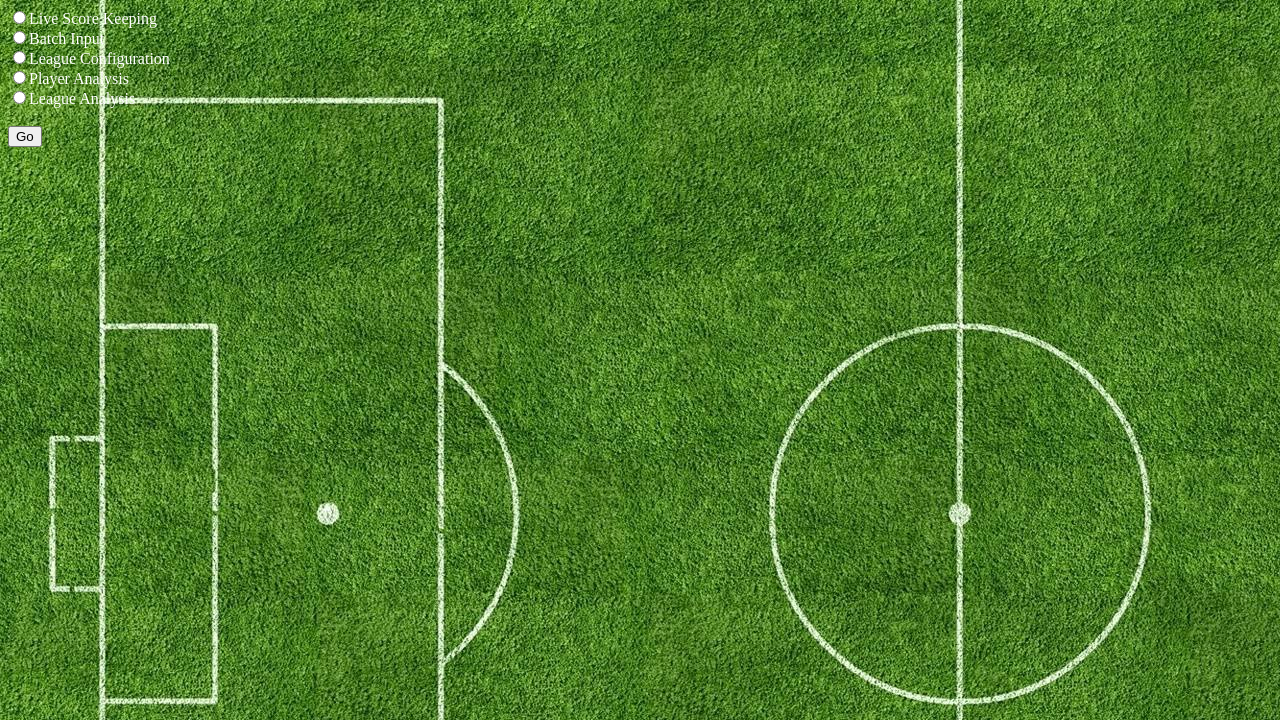
Repository: FredGlozman/SwiftScore
Page: SwiftScore/Website.html
The author's editor kept a copy of each file at every save. The page is drawn from the files as they stood at one save, then again after the next save.
The browser window is 1280 px wide. The pictures show the whole page.

Above is the page before, as saved 2015-12-02 00:30:38.

After the next save:
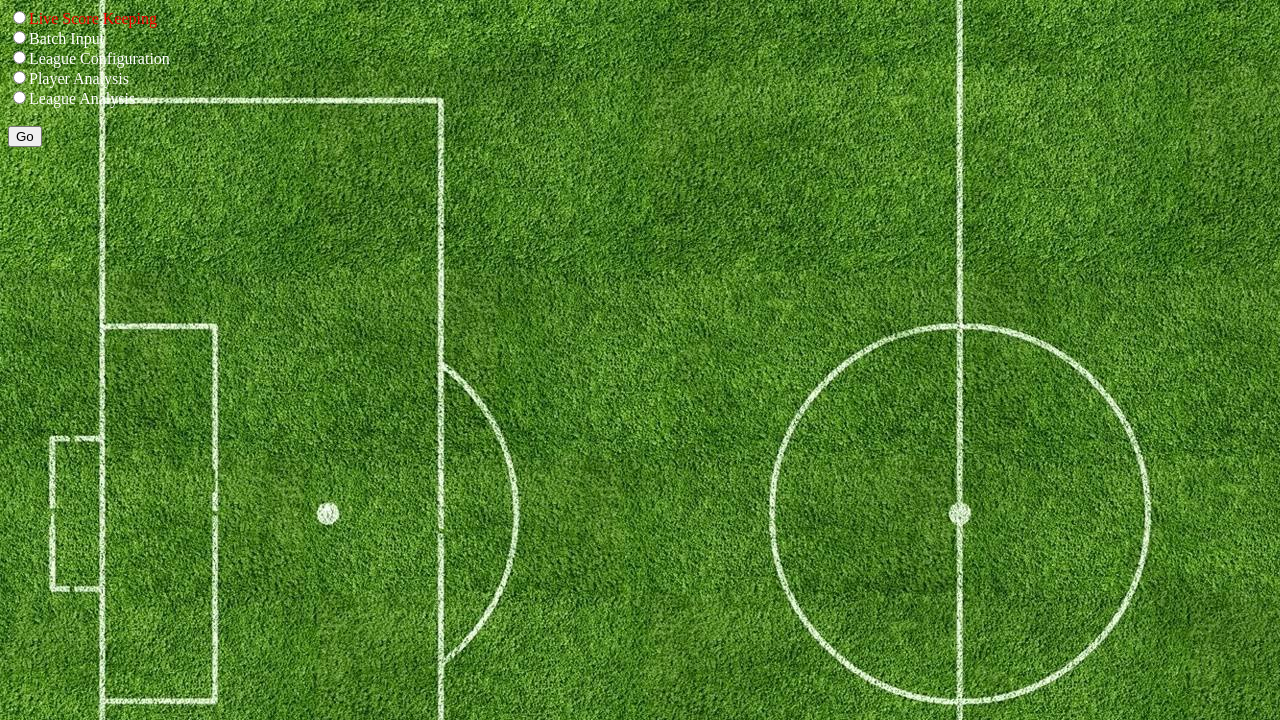
Saved 50 s later.
--- a/SwiftScore/Website.html
+++ b/SwiftScore/Website.html
@@ -5,7 +5,7 @@
 <body background="soccer.jpg">
 <form action="PHP.php" method="post">
 
-   <input type="radio" name = “LSK” value="1"><font color="white">Live Score Keeping</font>
+   <input type="radio" name = “LSK” value="1"><font color="red">Live Score Keeping</font>
   <br>
   <input type="radio" name = "UseCase" value="2"><font color="white">Batch Input</font>
   <br>

After the save that followed:
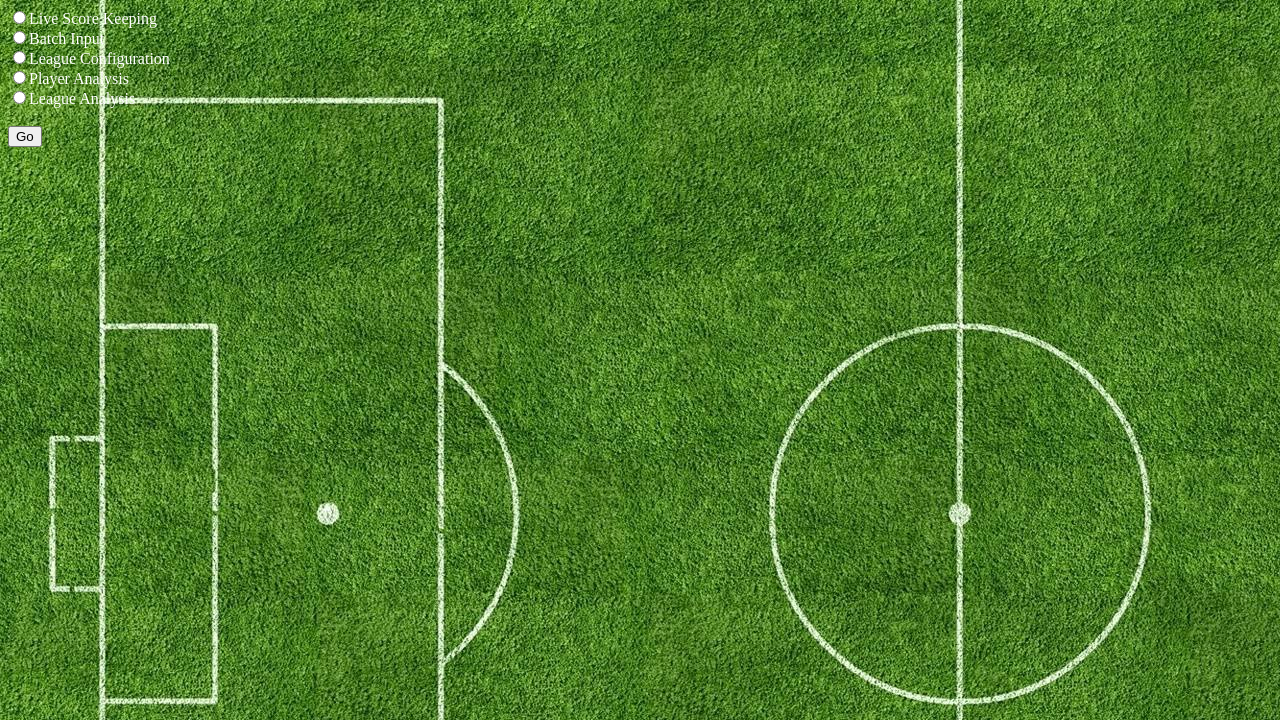
Saved 35 s later.
--- a/SwiftScore/Website.html
+++ b/SwiftScore/Website.html
@@ -5,7 +5,7 @@
 <body background="soccer.jpg">
 <form action="PHP.php" method="post">
 
-   <input type="radio" name = “LSK” value="1"><font color="red">Live Score Keeping</font>
+   <input type="radio" name = “LSK” value="1"><font color="white">Live Score Keeping</font>
   <br>
   <input type="radio" name = "UseCase" value="2"><font color="white">Batch Input</font>
   <br>
